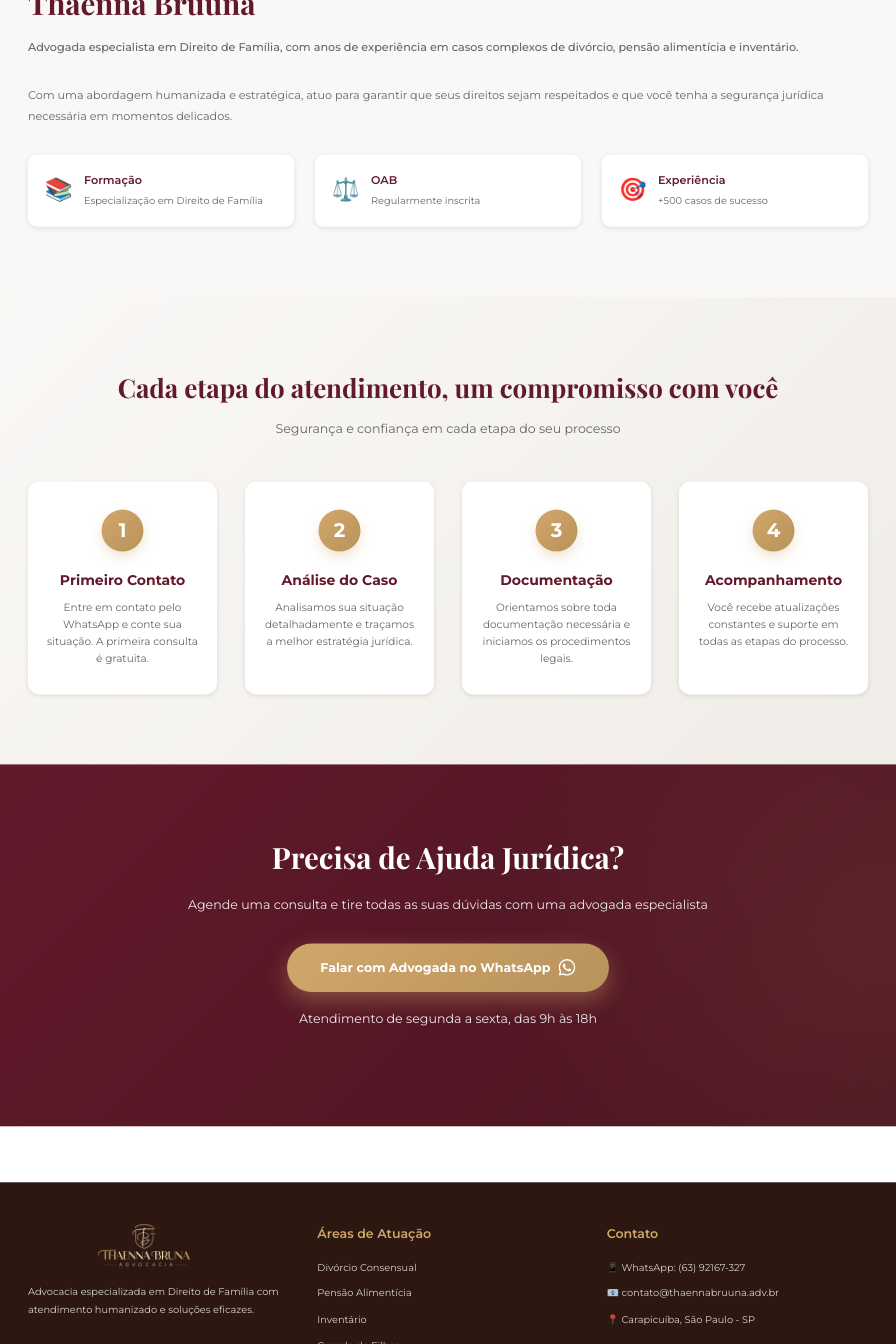
Repository: EmanuelVieiira/landing-page-advocacia
Page: index.html
The author's editor kept a copy of each file at every save. The page is drawn from the files as they stood at one save, then again after the next save.
The browser window is 1280 px wide. The pictures show the part of the page from y = 2000 to 3920 px (the page is 4070 px tall before and 3967 px after), at 70% of full size.

Above is the page before, as saved 2026-02-06 21:09:47.

After the next save:
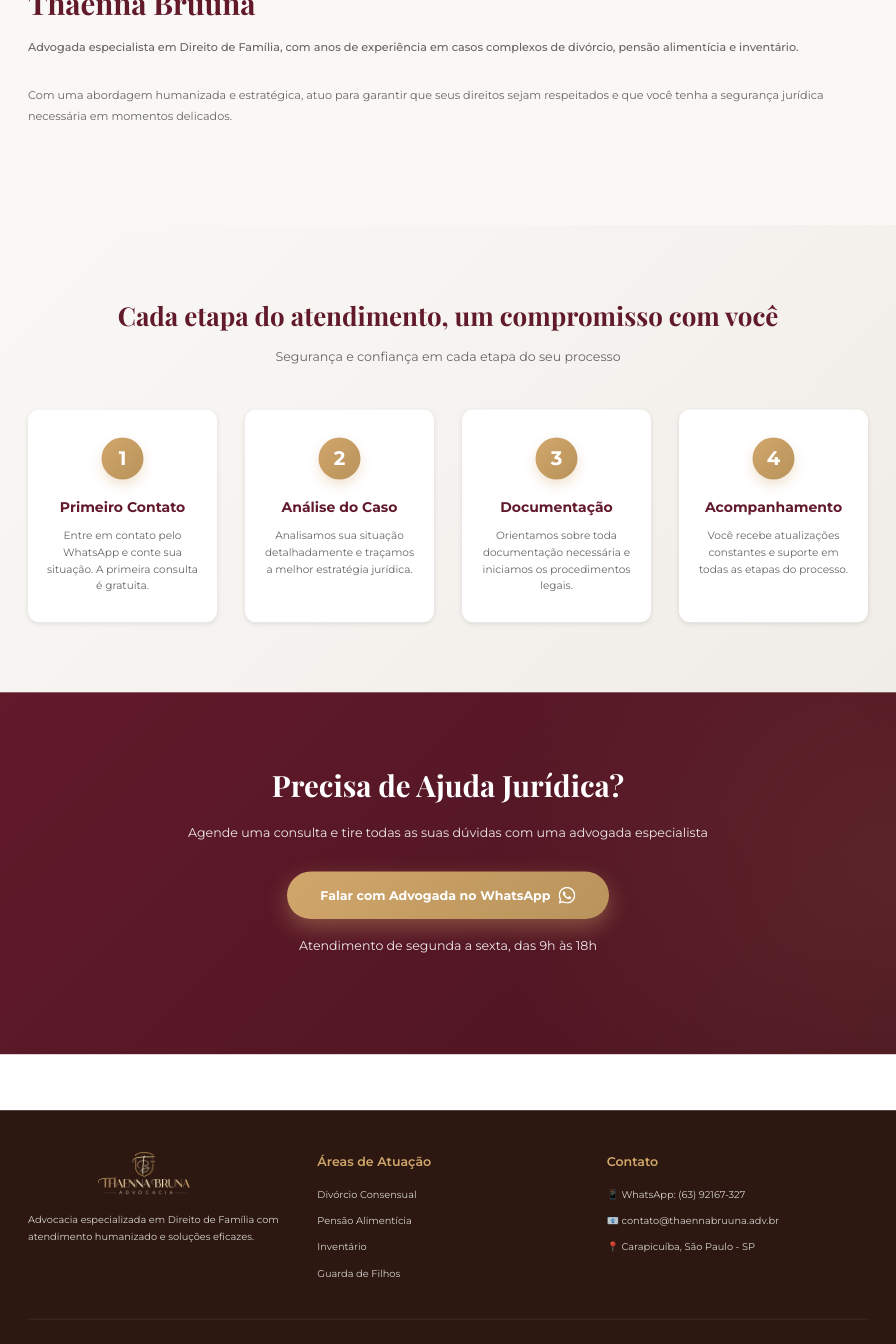
Saved 4 min 14 s later.
--- a/index.html
+++ b/index.html
@@ -189,30 +189,7 @@
                         <h2>Thaenna Bruuna</h2>
                         <p class="about-intro">Advogada especialista em Direito de Família, com anos de experiência em casos complexos de divórcio, pensão alimentícia e inventário.</p>
                         <p>Com uma abordagem humanizada e estratégica, atuo para garantir que seus direitos sejam respeitados e que você tenha a segurança jurídica necessária em momentos delicados.</p>
-                        <div class="credentials">
-                            <div class="credential-item">
-                                <div class="credential-icon">📚</div>
-                                <div class="credential-text">
-                                    <strong>Formação</strong>
-                                    <span>Especialização em Direito de Família</span>
-                                </div>
-                            </div>
-                            <div class="credential-item">
-                                <div class="credential-icon">⚖️</div>
-                                <div class="credential-text">
-                                    <strong>OAB</strong>
-                                    <span>Regularmente inscrita</span>
-                                </div>
-                            </div>
-                            <div class="credential-item">
-                                <div class="credential-icon">🎯</div>
-                                <div class="credential-text">
-                                    <strong>Experiência</strong>
-                                    <span>+500 casos de sucesso</span>
-                                </div>
-                            </div>
-                        </div>
-                    </div>
+
                 </div>
             </div>
         </section>
